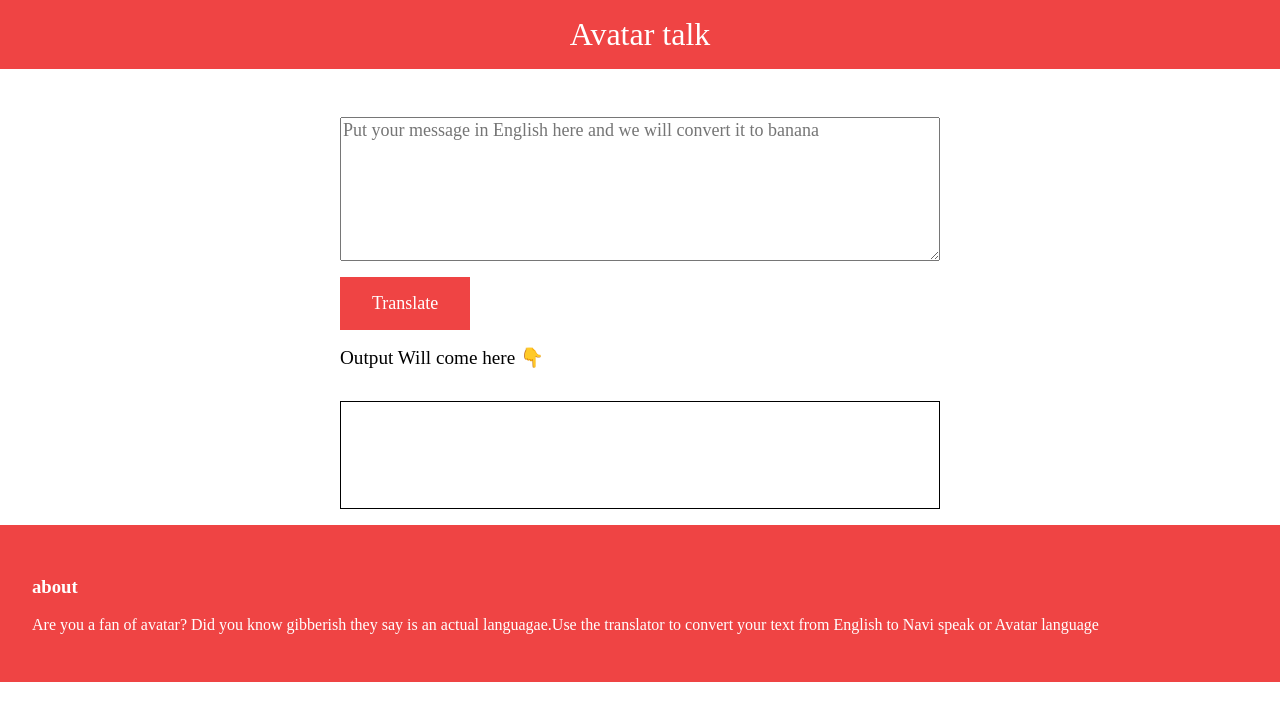
Repository: sohan2503001/Avator-speak
Page: index.html
These files come from the project's save history. The page is drawn as it stood at one moment and after a run of saves; the edit follows.
The browser window is 1280 px wide. The pictures show the whole page.

Above is the page before, as saved 2021-04-21 12:17:51.

After the next 2 saves:
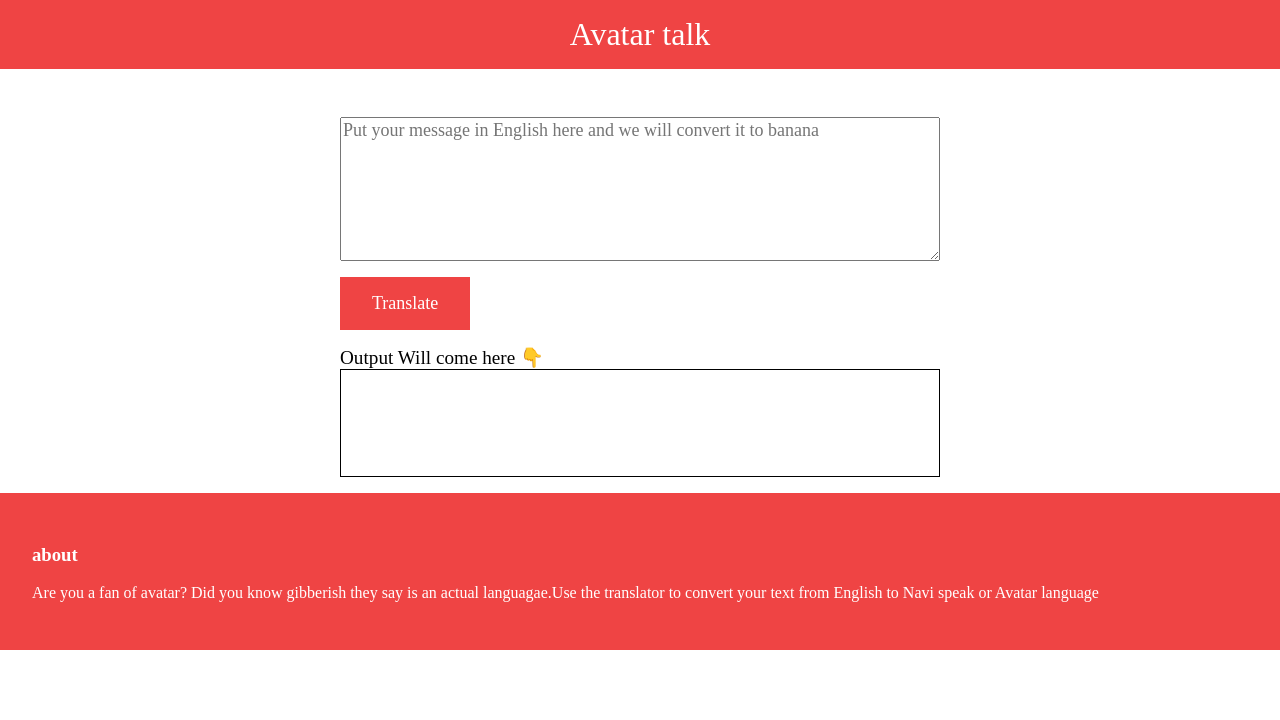
The 2 saves are shown as one change because they came seconds apart.
The last was saved 9 s later.
--- a/style.css
+++ b/style.css
@@ -54,8 +54,6 @@
     border: 1px solid black;
     min-height: 15vh;
     width: 100%;
-    margin-top: 2rem;
-    padding: 1.2rem;
     font-size: large;
 }
 
